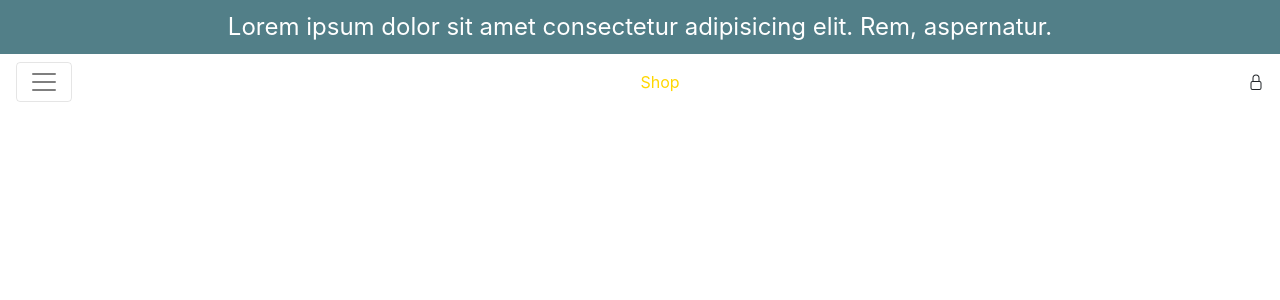
Repository: DaNiels89/frontendassignmentbogbootcamp
Page: index.html
An editor plug-in stored every save of this project. The page is shown before and after the next save, followed by the edit.
The browser window is 1280 px wide. The pictures show the whole page.

Above is the page before, as saved 2020-03-19 17:11:30.

After the next save:
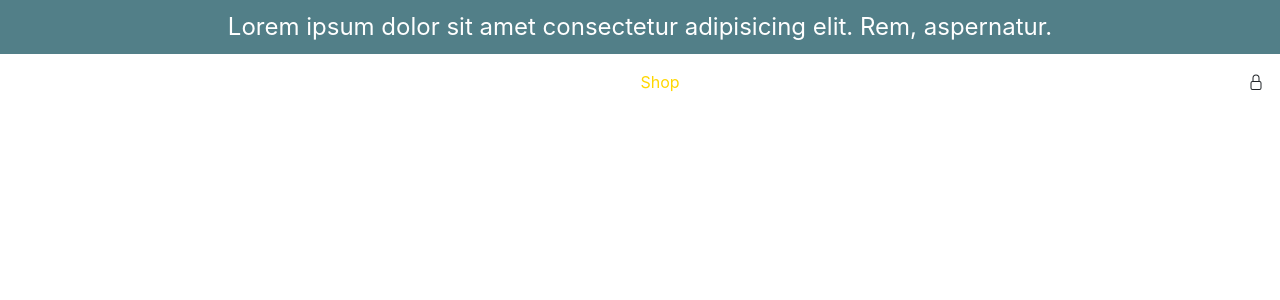
Saved 76 s later.
--- a/index.html
+++ b/index.html
@@ -24,7 +24,7 @@
           <span class="text-muted">Toggleable via the navbar brand.</span>
         </div>
       </div>
-      <nav class="navbar navbar-light bg-white">
+      <nav class="navbar navbar-white bg-white">
         <button
           class="navbar-toggler"
           type="button"

After the 2 saves that followed:
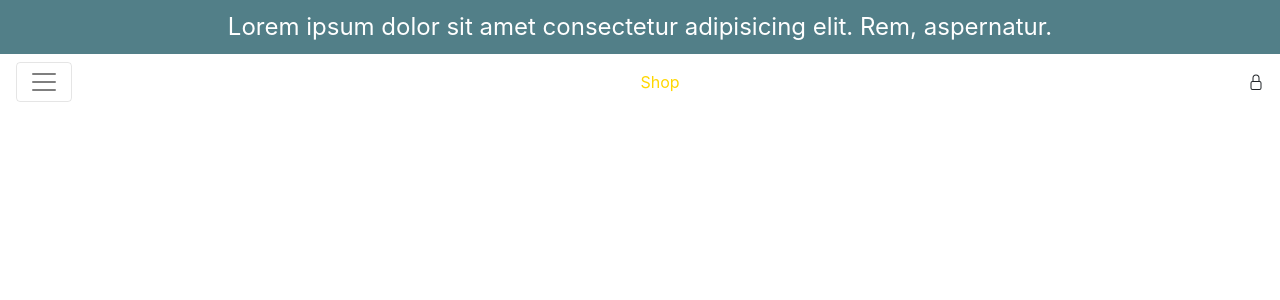
The 2 saves are shown as one change because 1 left the picture as it was.
The last was saved 8 s later.
--- a/index.html
+++ b/index.html
@@ -24,7 +24,7 @@
           <span class="text-muted">Toggleable via the navbar brand.</span>
         </div>
       </div>
-      <nav class="navbar navbar-white bg-white">
+      <nav class="navbar navbar-light bg-white">
         <button
           class="navbar-toggler"
           type="button"
